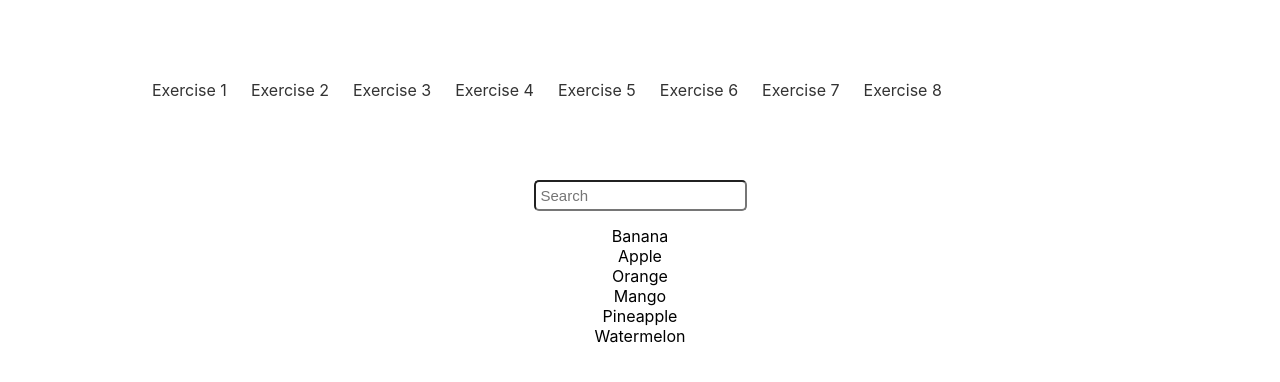
Repository: LukeBinh/reactjsexercises
Page: /ex8
These files come from the project's save history. The page is drawn as it stood at one moment and after a run of saves; the edit follows.
The browser window is 1280 px wide. The pictures show the whole page.
The project was rebuilt for these pictures with package versions that can differ from the ones it lists, and the page was loaded fresh each time. Also part of the build but not shown: src/App.css, src/components/Ex1/Ex1.tsx, src/components/Ex2/Ex2.tsx, src/components/Ex3/ex3.css, src/components/Ex3/Ex3.tsx, src/components/Ex4/ex4.css, src/components/Ex4/Ex4.jsx, src/components/Ex5/Ex5.tsx and 4 more.

Above is the page before, as saved 2022-04-27 14:01:19.

### src/App.tsx
import React from "react";
import logo from "./logo.svg";
import "./App.css";
import { BrowserRouter, Routes, Route, Link } from "react-router-dom";
import { Header, Ex1, Ex2, Ex3, Ex4, Ex5, Ex7, Ex8, Ex6 } from "./components/index";

function App() {
  return (
    <div className="App">
      <BrowserRouter>
        <Header />
        <Routes>
          <Route path="/ex1" element={<Ex1 />} />
          <Route path="/ex2" element={<Ex2 />} />
          <Route path="/ex3" element={<Ex3 />} />
          <Route path="/ex4" element={<Ex4 />} />
          <Route path="/ex5" element={<Ex5 />} />
          <Route path="/ex6" element={<Ex6 />} />
          <Route path="/ex7" element={<Ex7 />} />
          <Route path="/ex8" element={<Ex8 />} />
        </Routes>
      </BrowserRouter>
    </div>
  );
}

export default App;

### src/components/index.tsx
export { default as Header } from "./Header/Header";
export { default as Ex1 } from "./Ex1/Ex1";
export { default as Ex2 } from "./Ex2/Ex2";
export { default as Ex3 } from "./Ex3/Ex3";
export { default as Ex4 } from "./Ex4/Ex4";
export { default as Ex5 } from "./Ex5/Ex5";
export { default as Ex6 } from "./Ex6/Ex6";
export { default as Ex7 } from "./Ex7/Ex7";
export { default as Ex8 } from "./Ex8/Ex8";

### src/components/Header/Header.tsx
import React from 'react'
import './header.css'

import { Outlet, Link } from "react-router-dom";


const Header = () => {
  return (
    <div className="header-bar container">
      <ul className="header-bar-menu">
        <li className="header-bar-item">
          <Link to="/ex1">Exercise 1</Link>
        </li>
        <li className="header-bar-item">
          <Link to="/ex2">Exercise 2</Link>
        </li>
        <li className="header-bar-item">
          <Link to="/ex3">Exercise 3</Link>
        </li>
        <li className="header-bar-item">
          <Link to="/ex4">Exercise 4</Link>
        </li>
        <li className="header-bar-item">
          <Link to="/ex5">Exercise 5</Link>
        </li>
        <li className="header-bar-item">
          <Link to="/ex6">Exercise 6</Link>
        </li>
        <li className="header-bar-item">
          <Link to="/ex7">Exercise 7</Link>
        </li>
        <li className="header-bar-item">
          <Link to="/ex8">Exercise 8</Link>
        </li>
      </ul>
      <Outlet />
    </div>
  );
}

export default Header

### src/components/Ex8/Ex8.tsx
import React, { useState } from "react";
import "./ex8.css";
const listFruits = [
  "Banana",
  "Apple",
  "Orange",
  "Mango",
  "Pineapple",
  "Watermelon",
];
function Ex8() {
  const [valueInput, setValueInput] = useState("");
  return (
    <div className="container flex">
      <form className="form">
        <input
          className="input"
          type="text"
          placeholder="Search"
          value={valueInput}
          onChange={(e) => setValueInput(e.target.value)}
        />

        {/* <ListFruits listFruits={listFruits} valueInput={valueInput} /> */}
        <ul className="listFruits">
          {listFruits
            .filter((val) => {
              if (valueInput === "") {
                return val;
              } else if (val.toLowerCase().includes(valueInput.toLowerCase())) {
                return val;
              }
            })
            .map((item, index) => (
              <li key={index}>{item}</li>
            ))}
        </ul>
      </form>
    </div>
  );
}

export default Ex8;

### src/components/Header/header.css
.header-bar-menu{
    margin: 0;
    padding: 0;
    list-style: none;
    height: 80px;
    display: flex;
    align-items: center;
}

.header-bar-item{
    padding: 0 12px;
}

.header-bar-item a{
    display: inline-block;
    color: #333;
    text-decoration: none;
}

.header-bar-item a:hover{
    color: tomato;
}

### src/components/Ex2/ex2.css
* {
    padding: 0;
    margin: 0;
    box-sizing: border-box;
  }

  h1, h2, h3, h4, h5, h6 {
    margin: 0;
  }

  ul {
    list-style: none;
  }


  .separate {
    font-weight: 600;
    font-size: 20px;
  }

  .active {
    background-color: #bababa;
  }

  @media screen and (min-width: 1260px) {
    .container {
      max-width: 1000px;
    }
  }
  @media screen and (max-width: 1260px) {
    .container {
      max-width: 1000px;
    }
  }
  @media screen and (max-width: 1024px) {
    .container {
      max-width: 800px;
    }
  }
  @media screen and (max-width: 830px) {
    .container {
      max-width: 600px;
    }
  }
  @media screen and (max-width: 640px) {
    .container {
      width: 400px;
    }
  }
  @media screen and (max-width: 400px) {
    .container {
      width: 100%;
    }
  }
  .header{
    display: flex;
    height: 60px;
    align-items: center;
    padding: 0 20px;
    border: 1px solid black;
  }
  .header-menu {
    margin-left: 40px;
  }
  .header-menu_mobile {
    order: 3;
    display: none;
  }
  .header-menu_mobile .menu_mobile-btn {
    font-size: 25px;
    cursor: pointer;
  }
  .header-search {
    margin-left: auto;
  }
  .header-search_input {
    padding: 5px 12px;
    border-radius: 10px;
    outline: none;
  }
  @media screen and (max-width: 830px) {
    .header {
      justify-content: space-between;
    }
    .header-logo {
      font-size: 14px;
    }
    .header-menu {
      display: none;
    }
    .header-menu_mobile {
      display: block;
    }
    .header-search {
      margin-left: 0;
    }
  }
  @media screen and (max-width: 640px) {
    .header-search {
      display: none;
    }
  }

  .content {
    display: flex;
    border-top: 1px solid black;
    margin-top: 1px;
  }
  .content .sidebar {
    width: 160px;
    border: 1px solid black;
  }
  .content .sidebar .category-title, .content .sidebar .product-title {
    text-align: center;
    border: 1px solid black;
    background-color: #bababa;
  }
  .content .sidebar .category-list, .content .sidebar .product-list {
    padding-left: 20px;
    border: 1px solid black;
  }
  .content .sidebar .category-item, .content .sidebar .product-item {
    padding: 5px 0;
  }
  .content .sidebar-adver {
    min-height: 600px;
    border: 1px solid black;
  }
  .content .product {
    flex: 1;
    position: relative;
    padding-bottom: 200px;
  }
  .content .product-display {
    display: flex;
    flex-wrap: wrap;
    width: fit-content;
  }
  .content .product-box {
    border: 1px solid black;
    padding: 10px;
    width: 30%;
    text-align: center;
    margin: 5px;
  }
  .content .product-img {
    width: 100%;
  }
  .content .product-img img {
    width: 100%;
    height: 100%;
    object-fit: cover;
    object-position: center;
  }
  .content .product-price {
    font-size: 18px;
    margin: 5px 0;
  }
  .content .product-btn {
    min-width: 100px;
    padding: 5px 0;
    border-radius: 5px;
    outline: none;
    cursor: pointer;
  }
  .content .product-pagination {
    margin-top: 20px;
    width: 100%;
  }
  .content .product-pagination .pagination-btn {
    display: flex;
    width: 94%;
    justify-content: flex-end;
  }
  .content .product-pagination a {
    display: inline-block;
    text-decoration: none;
    color: black;
    width: 50px;
    text-align: center;
    padding: 5px 0;
    font-size: 18px;
    border: 1px solid black;
  }
  .content .product-pagination a:first-child {
    border-top-left-radius: 10px;
    border-bottom-left-radius: 10px;
  }
  .content .product-pagination a:last-child {
    border-top-right-radius: 10px;
    border-bottom-right-radius: 10px;
  }
  @media screen and (max-width: 1024px) {
    .content .product-box {
      width: 47%;
    }
    .content .product-price {
      font-size: 20px;
      margin: 10px 0;
    }
    .content .pagination-btn {
      width: 97% !important;
    }
  }
  @media screen and (max-width: 830px) {
    .content .container {
      max-width: 600px;
    }
    .content .hide-on-width {
      display: none;
    }
  }
  @media screen and (max-width: 640px) {
    .content {
      flex-direction: column;
    }
    .content .sidebar {
      width: 100%;
      margin-bottom: 20px;
    }
    .content .product-title {
      text-align: center;
    }
  }
  @media screen and (max-width: 400px) {
    .content .product-box {
      width: 100%;
      margin: 10px 0;
    }
    .content .pagination-btn {
      width: 100% !important;
    }
    .content a {
      font-size: 15px !important;
    }
  }

  .footer {
    border: 1px solid black;
    text-align: center;
    padding: 20px 0;
  }
  .footer .link-active {
    text-decoration: none;
    color: black;
  }

  /*# sourceMappingURL=style.css.map */

### src/components/Ex7/ex7.css
.flex {
  display: flex;
  justify-content: space-around;
}
.box {
  border-radius: 10px;
  width: 300px;
  height: 150px;
  background-color: linen;
  padding: 15px;
}
.info {
  display: flex;
  flex-direction: column;
  justify-content: center;
  align-items: center;
  line-height: 1.5;
  text-align: center;
}
.setup {
  display: block;
  width: 200px;
  font-weight: 700;
}
.punchline {
  color: grey;
  margin-top: 10px;
}

### src/components/Ex8/ex8.css
input[type="text"].input {
  font-size: 15px;
  border-radius: 5px;
  padding: 5px;
}
form.form {
  display: flex;
  justify-content: center;
  flex-direction: column;
}
ul.listFruits {
  margin-top: 15px;
  text-align: center;
}

Loaded but not shown: src/index.tsx (common file); src/index.css (common file); src/reportWebVitals.ts (common file)

After the next 2 saves:
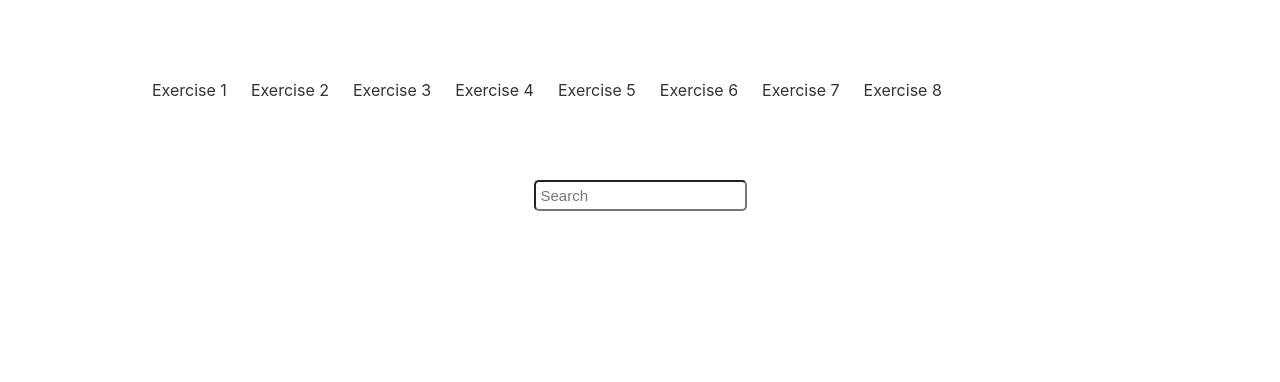
The 2 saves are shown as one change because they came seconds apart.
The last was saved 113 s later.
--- a/src/components/Ex8/Ex8.tsx
+++ b/src/components/Ex8/Ex8.tsx
@@ -25,6 +25,7 @@
         <ul className="listFruits">
           {listFruits
             .filter((val) => {
+              return
               if (valueInput === "") {
                 return val;
               } else if (val.toLowerCase().includes(valueInput.toLowerCase())) {

After the 6 saves that followed:
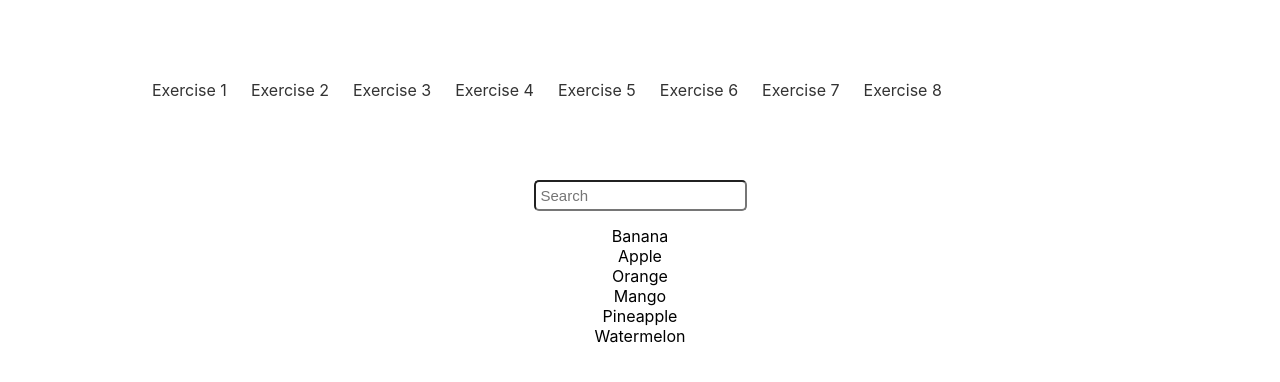
The 6 saves are shown as one change because 1 did not build or start and some came seconds apart.
The last was saved 2 min 0 s later.
--- a/src/components/Ex8/Ex8.tsx
+++ b/src/components/Ex8/Ex8.tsx
@@ -25,12 +25,10 @@
         <ul className="listFruits">
           {listFruits
             .filter((val) => {
-              return
-              if (valueInput === "") {
-                return val;
-              } else if (val.toLowerCase().includes(valueInput.toLowerCase())) {
-                return val;
+              return {
+
               }
+
             })
             .map((item, index) => (
               <li key={index}>{item}</li>
